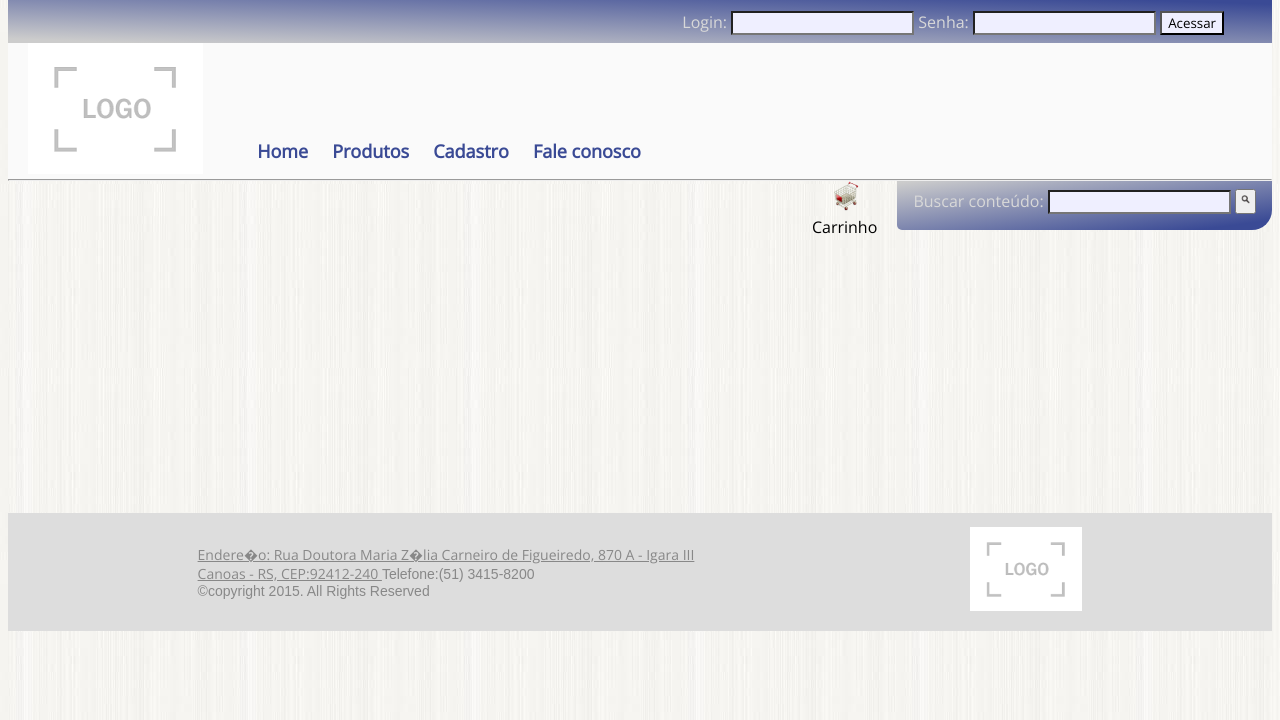
Repository: lauroPereira/study
Page: TrabalhoFinalWeb/index.html
These files come from the project's save history. The page is drawn as it stood at one moment and after the next save; the edit follows.
The browser window is 1280 px wide. The pictures show the whole page.

Above is the page before, as saved 2016-06-16 03:21:18.

After the next save:
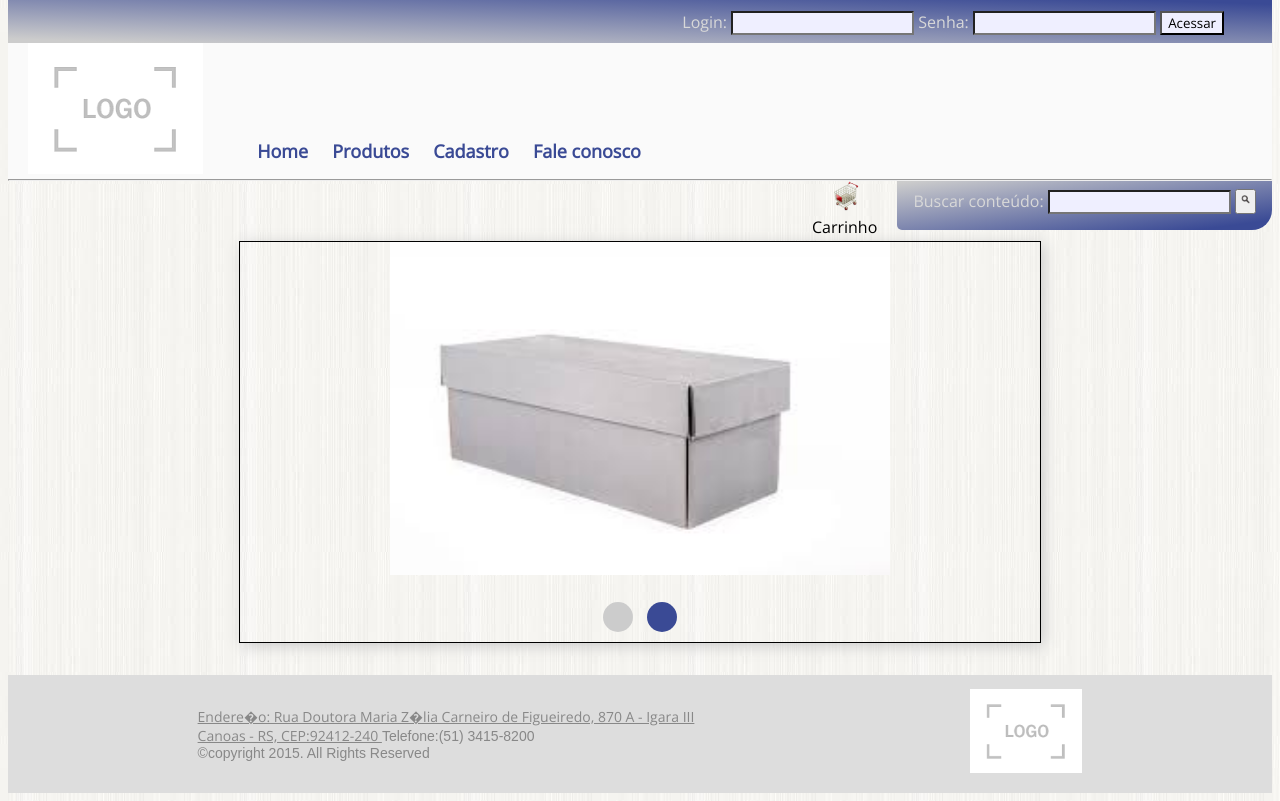
Saved 14 s later.
--- a/TrabalhoFinalWeb/index.html
+++ b/TrabalhoFinalWeb/index.html
@@ -6,6 +6,7 @@
 <meta name="description" content="Site da empresa imobiliaria">
 <meta name="author" content="Lauro Pereira">
 <link href="css/style.css" rel="stylesheet">
+<link href="../../css/home.css" rel="stylesheet">
 <link
 	href="http://fonts.googleapis.com/css?family=Open+Sans&subset=latin,latin-ext"
 	rel='stylesheet' type='text/css'>
